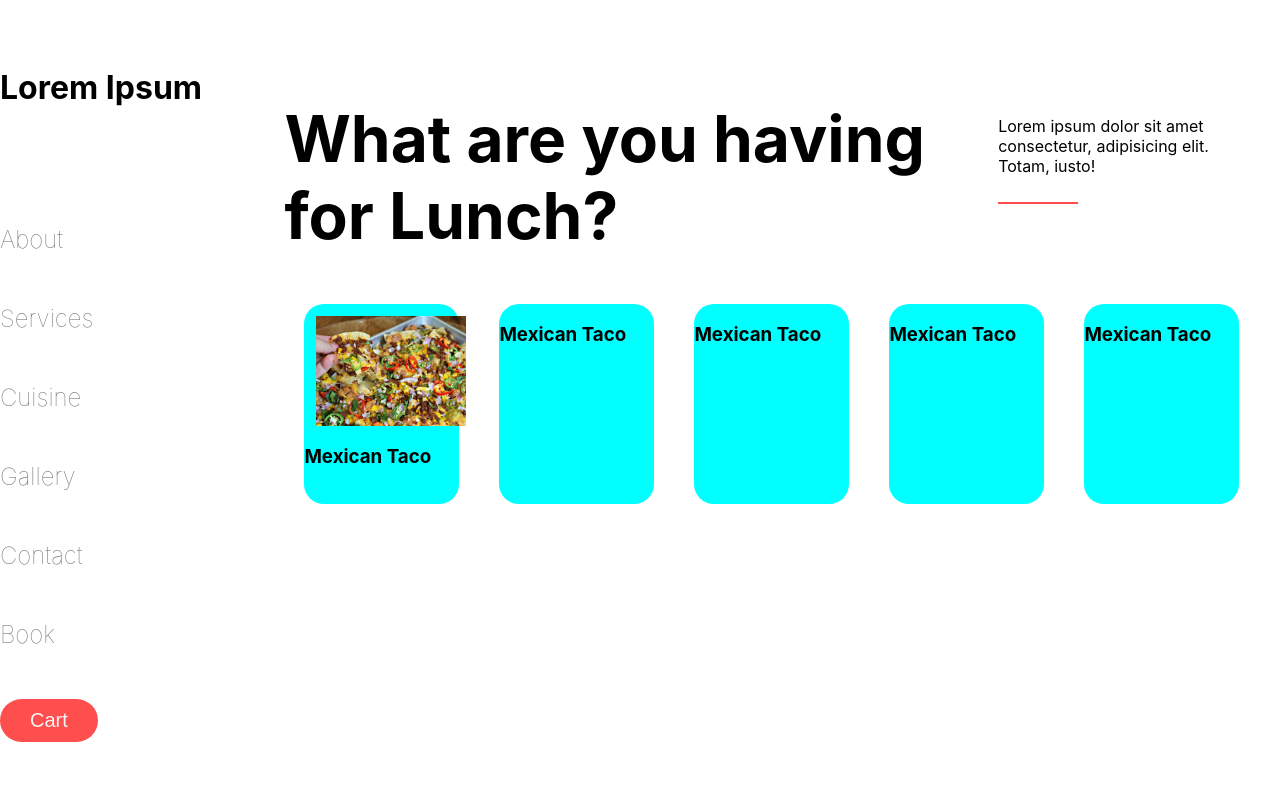
Repository: Marlstergo/assignment2
Page: /
These files come from the project's save history. The page is drawn as it stood at one moment and after the next save; the edit follows.
The browser window is 1280 px wide. The pictures show the whole page.
The project was rebuilt for these pictures with package versions that can differ from the ones it lists, and the page was loaded fresh each time.

Above is the page before, as saved 2021-07-27 02:54:36.

### src/App.js
import logo from "./logo.svg";
import "./App.css";

import Nachos from './asset/nachos.png'

function App() {
  return (
    <div className="container">
      <div className="full">
        <div className="sidebar">
          <div className="logo">
            <h1>Lorem Ipsum</h1>
          </div>
          <div className="items">
            <div className="item">
              <h2 className="">About</h2>
            </div>
            <div className="item">
              <h2 className="">Services</h2>
            </div>
            <div className="item">
              <h2 className="">Cuisine</h2>
            </div>
            <div className="item">
              <h2 className="">Gallery</h2>
            </div>
            <div className="item">
              <h2 className="">Contact</h2>
            </div>
            <div className="item">
              <h2 className="">Book</h2>
            </div>
            <div className="item">
              <button className="button">Cart</button>
            </div>
          </div>
        </div>
        <div className="main-view">
          <div className="hero">
            <div className="title">
              <h1 className="">What are you having for Lunch?</h1>
            </div>
            <div className="paragraph">
              <p className="">
                Lorem ipsum dolor sit amet consectetur, adipisicing elit. Totam,
                iusto!
              </p>
              <div className="divider"/>
            </div>
          </div>
          <div className="row">
            <div className="cell">
              <div className="imagediv">
                {/* image */}
                <img src={Nachos} alt="nachos" className="" />
              </div>
              <div className="">
                <h3 className="">Mexican Taco</h3>
              </div>
            </div>
            <div className="cell">
              <div className="">{/* image */}</div>
              <div className="">
                <h3 className="">Mexican Taco</h3>
              </div>
            </div>
            <div className="cell">
              <div className="">{/* image */}</div>
              <div className="">
                <h3 className="">Mexican Taco</h3>
              </div>
            </div>
            <div className="cell">
              <div className="">{/* image */}</div>
              <div className="">
                <h3 className="">Mexican Taco</h3>
              </div>
            </div>
            <div className="cell">
              <div className="">{/* image */}</div>
              <div className="">
                <h3 className="">Mexican Taco</h3>
              </div>
            </div>
          </div>
        </div>
      </div>
    </div>
  );
}

export default App;

### src/App.css
.container {
  height: 100vh;
  width: 100%;
  /* padding-left: 1.5rem;
  padding-right: 1.5rem; */
}

@media screen and (min-width: 640px) {
  .container {
    max-width: 640px;
    margin: 0 auto;
  }
}

@media screen and (min-width: 768px) {
  .container {
    max-width: 768px;
  }
}

@media screen and (min-width: 1024px) {
  .container {
    max-width: 1024px;
    /* padding-left: 4rem;
    padding-right: 4rem; */
  }
}

@media screen and (min-width: 1280px) {
  .container {
    max-width: 1280px;
    /* padding-left: 5rem;
    padding-right: 5rem; */
  }
}

@media screen and (min-width: 1536px) {
  .container {
    max-width: 1536px;
  }
}

.full {
  display: grid;
  grid-template-columns: repeat(9, minmax(0, 1fr));
  height: 100%;
}

.sidebar {
  grid-column: span 2 / span 2;
  /* margin: auto 0; */
}
.logo{
  height: 175px;
  display: flex;
  align-items: center;
  /* justify-content: center; */

}

.items{

}

.item{
  color: rgb(101, 106, 104);
  font-weight: 100;
  margin: 50px 0px;
}
.item h2{
  font-weight: 100;

}

.button{
  padding: 10px 30px;
  font-size: 20px;
  border-radius: 50px;
  background-color: rgb(255,78,78);
  border: 0;
  color: whitesmoke;
}

.logo h1{
  padding: auto auto;
}

.main-view{
  grid-column: span 7 / span 7;
}

.row{
  display: flex;
  /* overflow-x: scroll; */

}

.hero{
  margin: 50px 0px;
  margin-top: 100px;
  display: grid;
  grid-template-columns: repeat(9, minmax(0, 1fr));

}
.paragraph{
  grid-column: span 3 / span 3;
  padding: 0 50px;
  border: 10px;
}

.divider{
  border-bottom: 2px solid rgb(255,78,78);
  /* border-color: rgb(255,78,78); */
  width: 80px;
  height: 10px;
}

.title{
  grid-column: span 6 / span 6;
  font-size: 2rem;

}

h1{
  margin: 0;
}

.cell{
  margin-left: 20px;
  margin-right: 20px;
  background-color: aqua;
  border-radius: 20px;
  height: 200px;
  width: 155px;
}

.imagediv{
  margin: 12px;
  height: 110px;
  width: 150px;
  /* border-radius: 100%; */
  overflow: hidden;
  display: flex;
  justify-content: center;
  align-items: center;
}

img{
  width: 100%;
  /* height: 100%; */
}

Loaded but not shown: public/index.html (common file); src/index.js (common file); src/index.css (common file); src/reportWebVitals.js (common file)

After the next save:
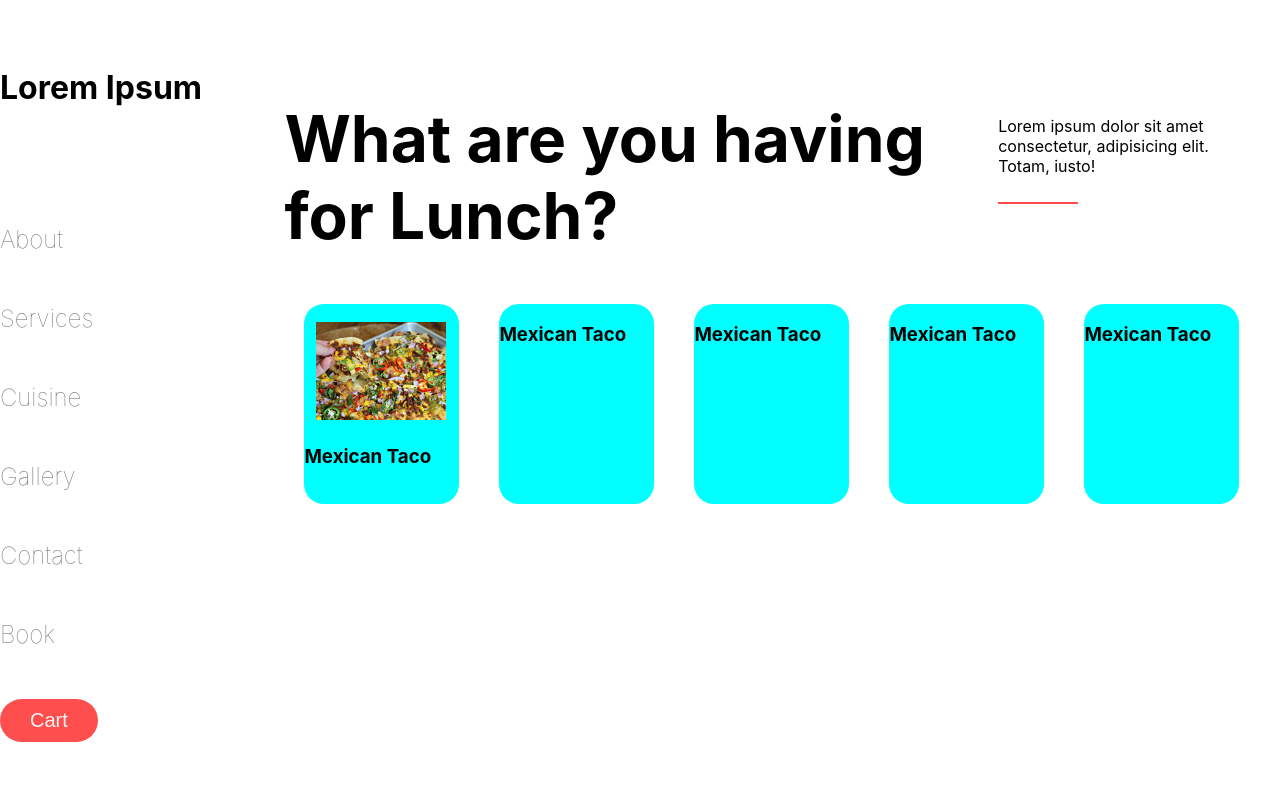
Saved 10 s later.
--- a/src/App.css
+++ b/src/App.css
@@ -137,7 +137,7 @@ h1{
 .imagediv{
   margin: 12px;
   height: 110px;
-  width: 150px;
+  width: 130px;
   /* border-radius: 100%; */
   overflow: hidden;
   display: flex;
